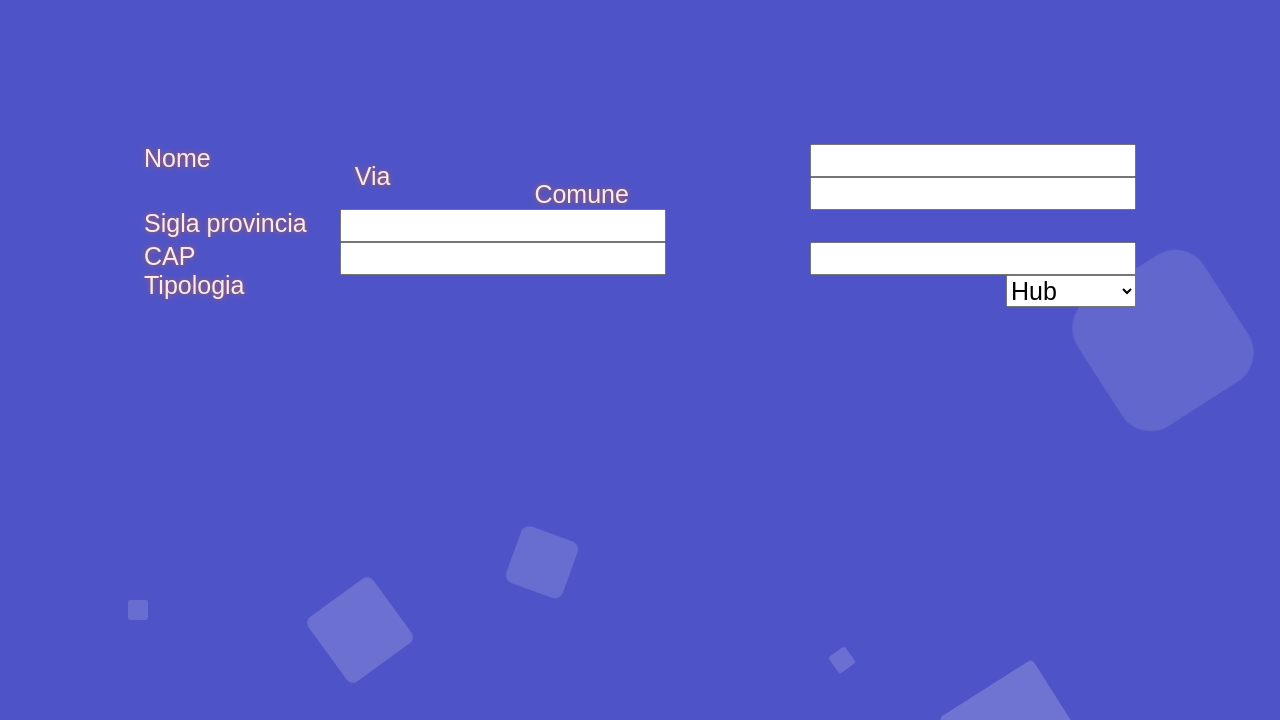
Repository: Jok98/CentriVaccinaliWebApp
Page: http://localhost/CentriVaccinaliOperatori/iscrizionecentrovax.jsp
These files come from the project's save history. The page is drawn as it stood at one moment and after the next save; the edit follows.
The browser window is 1280 px wide. The pictures show the whole page.
Some web fonts or font styles are not loaded; a fallback is used. The page is served by Tomcat 9.

Above is the page before, as saved 2022-09-24 16:18:57.

### CentriVaccinaliOperatori/src/main/webapp/iscrizionecentrovax.jsp
<%@ page language="java" contentType="text/html; charset=ISO-8859-1"
	pageEncoding="ISO-8859-1"%>
<!DOCTYPE html>
<html>
<head>
<meta charset="ISO-8859-1">
<link rel="stylesheet" href="css/form.css">
<link rel="stylesheet" href="css/background.css">
<title>Iscrizione Centri Vaccinali</title>
</head>
<body>
	<div class="area">
		<ul class="circles">
			<li></li>
			<li></li>
			<li></li>
			<li></li>
			<li></li>
			<li></li>
			<li></li>
			<li></li>
			<li></li>
			<li></li>
		</ul>
	</div>
	<div class="context" align="center" >
		<form action="" >
		<label class="label" class="button"  for="nomeCenvax" >Nome </label>
		<input class="input" type="text" id="nomecenvax" name="nomecenvax">
		<br>
		<label class="label" for="viaCenvax">Via </label>
		<input class="input" type="text" id="viaCenvax" name="viaCenvax">
		<br>
		<label class="label" for="comuneCenvax">Comune </label>
		<input class="input" type="text" id="viaCenvax" name="viaCenvax">
		<br>
		<label class="label" for="sigprovCenvax">Sigla provincia </label>
		<input class="input" type="text" id="sigprovCenvax" name="sigprovCenvax">
		<br>
		<label class="label" for="capCenvax">CAP </label>
		<input class="input" type="text" id="capCenvax" name="capCenvax">
		<br>
		<label class="label" for="tipoCenvax">Tipologia </label>
		<select class="input" name="tipoCenvax" id="tipoCenvax">
			<option value="Hub">Hub</option>
			<option value="Azienda">Azienda</option>
			<option value="Ospedale">Ospedale</option>
		</select>

		</form>
	</div>

</body>
</html>

### CentriVaccinaliOperatori/src/main/webapp/css/form.css
@charset "ISO-8859-1";

/* bottoni */
.button {
	color: rgb(255, 255, 255);
	font-size: 30px;
	line-height: 30px;
	padding: 10px;
	border-radius: 12px;
	font-family: Georgia, serif;
	font-weight: normal;
	text-decoration: none;
	font-style: normal;
	font-variant: normal;
	text-transform: none;
	background-image: radial-gradient(at center center, rgb(12, 111, 164) 0%,
		rgb(10, 136, 164) 100%, rgb(12, 111, 164) 100%);
	box-shadow: rgba(0, 0, 0, 0) 81px -57px 0px 0px;
	border: 2px solid rgb(28, 110, 164);
	display: inline-block;
}

.button:hover {
	background: #80c3ff;
}

.button:active {
	background: #1ca4ff;
}

.label {
	position: relative;
	font-size: 25px;
	float: left;

	margin-left:20vh;
	margin-right:input;
	text-shadow: 0px 0px 5px #CE5937;
	color: #EFEFEF;
}

.input {
	position: relative;

	font-size: 25px;
	float: right;
	margin-right:20vh;



}

### CentriVaccinaliOperatori/src/main/webapp/css/background.css
@charset "ISO-8859-1";
@import url('https://fonts.googleapis.com/css?family=Exo:400,700');

*{
    margin: 0px;
    padding: 0px;
}

html{
    font-family: 'Exo', sans-serif;

}


.context {
    width: 100%;
    position: absolute;
    top:20vh;

}

.context h1{
    text-align: center;
    color: #fff;
    font-size: 50px;
}


.area{
    background: #4e54c8;
    background: -webkit-linear-gradient(to left, #8f94fb, #4e54c8);
    width: 100%;
    height:100vh;


}

.circles{
    position: absolute;
    top: 0;
    left: 0;
    width: 100%;
    height: 100%;
    overflow: hidden;
}

.circles li{
    position: absolute;
    display: block;
    list-style: none;
    width: 20px;
    height: 20px;
    background: rgba(255, 255, 255, 0.2);
    animation: animate 25s linear infinite;
    bottom: -150px;

}

.circles li:nth-child(1){
    left: 25%;
    width: 80px;
    height: 80px;
    animation-delay: 0s;
}


.circles li:nth-child(2){
    left: 10%;
    width: 20px;
    height: 20px;
    animation-delay: 2s;
    animation-duration: 12s;
}

.circles li:nth-child(3){
    left: 70%;
    width: 20px;
    height: 20px;
    animation-delay: 4s;
}

.circles li:nth-child(4){
    left: 40%;
    width: 60px;
    height: 60px;
    animation-delay: 0s;
    animation-duration: 18s;
}

.circles li:nth-child(5){
    left: 65%;
    width: 20px;
    height: 20px;
    animation-delay: 0s;
}

.circles li:nth-child(6){
    left: 75%;
    width: 110px;
    height: 110px;
    animation-delay: 3s;
}

.circles li:nth-child(7){
    left: 35%;
    width: 150px;
    height: 150px;
    animation-delay: 7s;
}

.circles li:nth-child(8){
    left: 50%;
    width: 25px;
    height: 25px;
    animation-delay: 15s;
    animation-duration: 45s;
}

.circles li:nth-child(9){
    left: 20%;
    width: 15px;
    height: 15px;
    animation-delay: 2s;
    animation-duration: 35s;
}

.circles li:nth-child(10){
    left: 85%;
    width: 150px;
    height: 150px;
    animation-delay: 0s;
    animation-duration: 11s;
}



@keyframes animate {

    0%{
        transform: translateY(0) rotate(0deg);
        opacity: 1;
        border-radius: 0;
    }

    100%{
        transform: translateY(-1000px) rotate(720deg);
        opacity: 0;
        border-radius: 50%;
    }

}

After the next save:
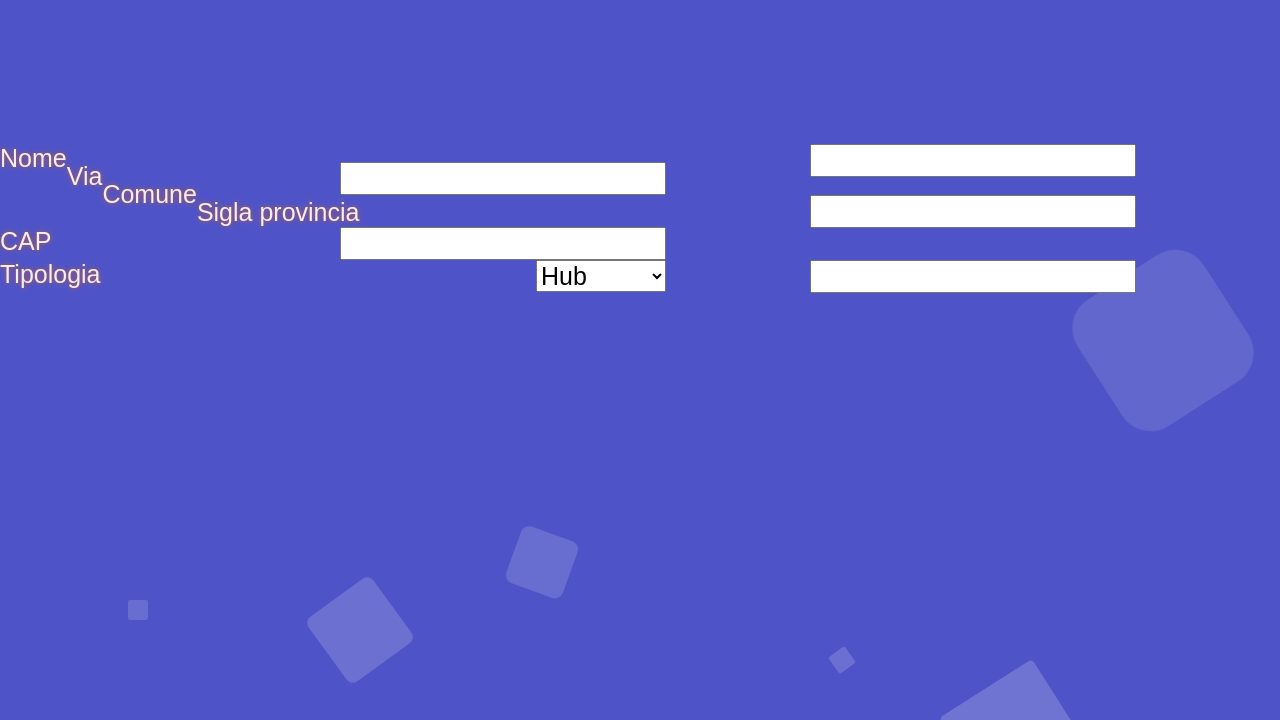
Saved 6 s later.
--- a/CentriVaccinaliOperatori/src/main/webapp/css/form.css
+++ b/CentriVaccinaliOperatori/src/main/webapp/css/form.css
@@ -33,7 +33,7 @@
 	font-size: 25px;
 	float: left;
 
-	margin-left:20vh;
+
 	margin-right:input;
 	text-shadow: 0px 0px 5px #CE5937;
 	color: #EFEFEF;

After the save that followed:
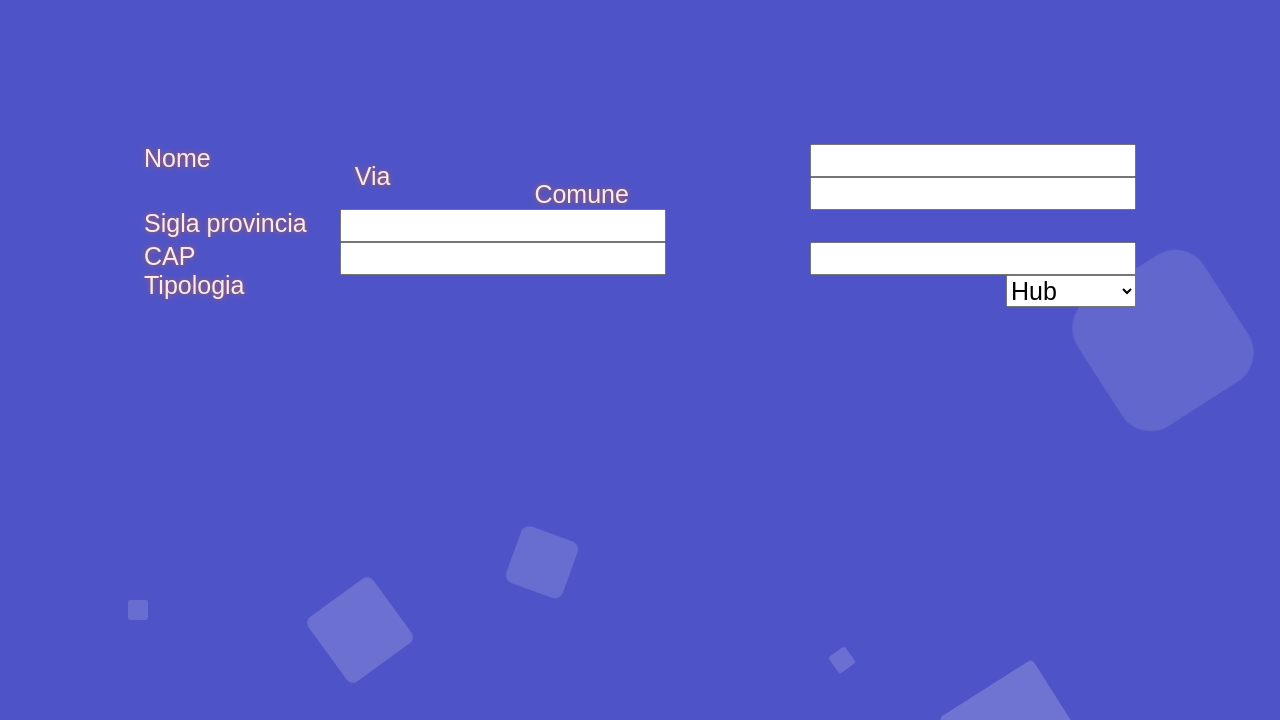
Saved 61 s later.
--- a/CentriVaccinaliOperatori/src/main/webapp/css/form.css
+++ b/CentriVaccinaliOperatori/src/main/webapp/css/form.css
@@ -33,7 +33,7 @@
 	font-size: 25px;
 	float: left;
 
-
+	margin-left:20vh;
 	margin-right:input;
 	text-shadow: 0px 0px 5px #CE5937;
 	color: #EFEFEF;
@@ -45,7 +45,7 @@
 	font-size: 25px;
 	float: right;
 	margin-right:20vh;
-
+	margin-left:label;
 
 
 }
